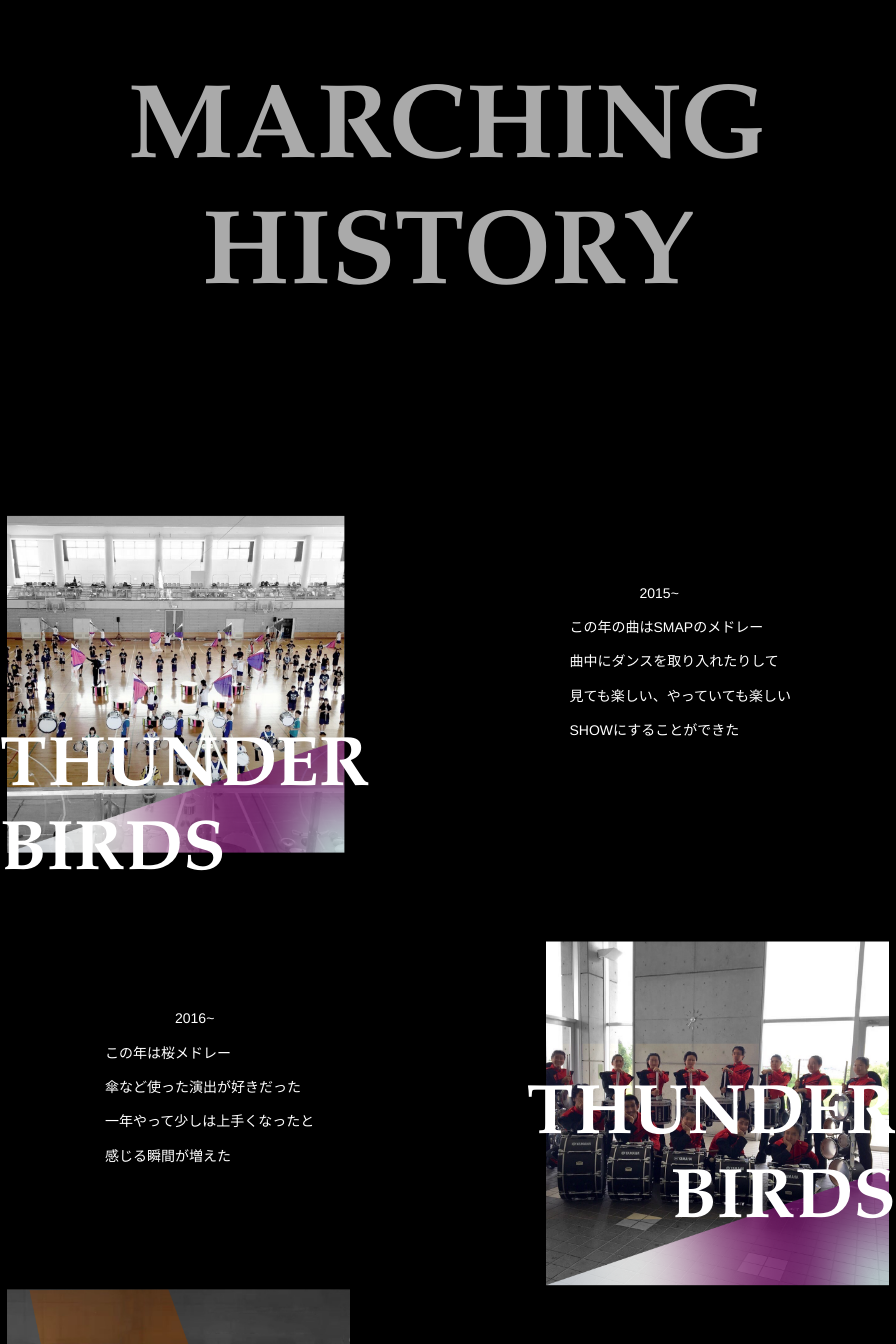
Repository: yutosoma/profile
Page: yuto/marching.html
The author's editor kept a record of every edit. The page is drawn from the files as they stood at one moment, then again after the next edit.
The browser window is 1280 px wide. The pictures show the part of the page from y = 0 to 1920 px (the page is 3827 px tall before and 3766 px after), at 70% of full size.

Above is the page before.

### yuto/marching.html
<!DOCTYPE html>
<html lang="en">
<head>
    <meta charset="UTF-8">
    <link rel="stylesheet" href="marching.css">
    <meta name="viewport" content="width=device-width, initial-scale=1.0">
    <meta http-equiv="X-UA-Compatible" content="ie=edge">
    <title>マーチング</title>
</head>

<body>
    <h1>MARCHING HISTORY</h1>
    <div class ="top-container-left">
         <P id="fadein1" class="fadein-before"><img src="image/mar1.png" class= "mar1"></P>
         <div class="explanation-left">
           <p>　　　　　2015~</p>
           <p>この年の曲はSMAPのメドレー</p>
           <P>曲中にダンスを取り入れたりして</P>
           <P>見ても楽しい、やっていても楽しい</P>
           <p>SHOWにすることができた</p>

         </div>
   </div>
   <button id="scroll-to-top-btn">≫</button>
   <h3 class="left">THUNDER<span class="br"></span> BIRDS</h3>
    <div class ="top-container-right">
         <div class="explanation-right">
          <P>　　　　　2016~</P>
          <P>この年は桜メドレー</P>
          <P>傘など使った演出が好きだった</P>
          <P>一年やって少しは上手くなったと</P>
          <p>感じる瞬間が増えた</p>
         </div>
         <P id="fadein2" class="fadein-before"><img src="image/mar2.png" class= "mar2"></P>
   </div>
   <h3 class="right">THUNDER<span class="br"></span> BIRDS</h3>
    <div class ="top-container-left">
         <P id="fadein3" class="fadein-before"><img src="image/mar3.png" class= "mar3"></P>
         <div class="explanation-left">
           <P>　　　　　2017~</P>
           <P>今年は吹奏楽の曲をアレンジして</P>
           <P>SHOWをした　曲は楓葉の舞</P>
           <P>練習する時はみんなで</P>
           <P>ハチマキをして気合を入れていた</P>
         </div>
   </div>
   <h3 class="left">THUNDER<span class="br"></span> BIRDS</h3>
    <div class ="top-container-right">
         <div class="explanation-right">
          <P>　　　　　2018~</P>
          <P>この年は教習所がテーマだった</P>
          <P>初めて一般団体で</P>
          <P>いろいろな人と練習ができて、楽しかった</P>
          <p>外で演奏する気持ちよさを知る</p>
         </div>
         <P id="fadein4" class="fadein-before"><img src="image/mar4.png" class= "mar4"></P>
    </div>
   <h3 class="right">SPIRIT<span class="br"></span>OF STARS</h3>

    <div class ="top-container-left">
         <P id="fadein5" class="fadein-before"><img src="image/mar5.png" class= "mar5"></P>
         <div class="explanation-left">
           <P>　　　　　2019~</P>
           <P>この年は学校がテーマだった</P>
           <P>日焼け止めを塗らずに</P>
           <P>練習をしていたので</P>
           <P>練習終わりはいつも真っ黒だった</P>
         </div>
   </div>
   <h3 class="left">SPIRIT<span class="br"></span> OF STAR</h3>
   <div class ="top-container-right">
         <div class="explanation-right">
          <P>　　　　　2020~</P>
          <P>この年は、戦がテーマだった</P>
          <P>栃木県まで練習しにいく</P>
          <P>初めて全国大会に出場することできて</P>
          <p>続けてよかったなと思った。</p>
         </div>
         <P id="fadein6" class="fadein-before"><img src="image/mar6.png" class= "mar6"></P>
    </div>
    <h3 class="right">SATUKI<span class="br"></span>　DREAMERS</h3>

    <script src="marching.js"></script>

   <footer>
        <small>ⓒ2022 yuto<small>
    </footer>

</body>
</html>

### yuto/marching.css
body{
 margin:0;
 background-color: black;
 font-family: 'Avenir','Helvetica Neue','Helvetica','Arial','Hiragino Sans','ヒラギノ角ゴシック',YuGothic,'Yu Gothic','メイリオ', Meiryo,'ＭＳ Ｐゴシック','MS PGothic'
}
.top-container-right {
display: flex;
margin-bottom: 200px;
text-align: right;
}
.top-container-left {
display: flex;
margin-bottom: 200px;
}
.mar1, .mar2, .mar3, .mar4, .mar5, .mar6 {
  padding: 10px;
  width: 50%;
}
.fadein-before{
    opacity: 0;
    transform:translateX(-50px);
    transition:opacity 1s,transform 1s;
}
.fadein-after{
    opacity: 1;
    transform: translate(0);
}
h1 {
    color: white;
    font-size: 190px;
    text-align: center;
    animation: blink-fast .3s linear infinite;
    font-family:"Book Antiqua";
    margin-bottom: 250px;
}
@keyframes blink-fast {
  0% {
    opacity: 0;
  }
  10% {
    opacity: 1;
  }
}


h3 {
  position: relative;
  bottom: 400px;
  font-size: 130px;
  text-align: center;
  margin-bottom: -200px;
  color: white;
  font-family:"Book Antiqua";
}
.explanation-left {
    color: white;
    position: relative;
    right:150px;
    top:100px;
    font-size: 20px;
    white-space: nowrap;

}
.explanation-right {
    color: white;
    position: relative;
    left:150px;
    top:100px;
    margin-bottom: 100px;
    font-size: 20px;
    white-space: nowrap;
    text-align: left;
}
footer {
    margin-top: 30px;
    background-color:#652a60;
    font-color: black;
    font-size: 20px;
    text-align: center;
}


@media screen and (max-width: 1327px) {
  h1 {
    color: white;
    font-size: 150px;
    text-align: center;
    animation: blink-fast .3s linear infinite;
    font-family:"Book Antiqua";
    margin-bottom: 250px;
}
  .left {
  position: relative;
  bottom: 530px;
  font-size: 100px;
  text-align: left;
  margin-bottom: -490px;
  color: white;
  font-family:"Book Antiqua";
}
.right {
  position: relative;
  bottom: 530px;
  font-size: 100px;
  text-align: right;
  margin-bottom: -490px;
  color: white;
  font-family:"Book Antiqua";
}
.br::after {
    content: "\A";
    white-space: pre;
}
}
@media screen and (max-width: 1090px) {
 .explanation-left {
    color: white;
    position: relative;
    right:50px;
    top:100px;
    margin-bottom: 100px;
    font-size: 20px;
    white-space: nowrap;

}
.explanation-right {
    color: white;
    position: relative;
    left:50px;
    top:100px;
    margin-bottom: 100px;
    font-size: 20px;
    white-space: nowrap;
    text-align: left;
}
 .left {
  position: relative;
  bottom: 530px;
  font-size: 100px;
  text-align: left;
  margin-bottom: -490px;
  color: white;
  font-family:"Book Antiqua";
}


}

### yuto/marching.js
const FADEIN_ELEM1 = document.getElementById('fadein1');

window.addEventListener('scroll', () => {
    const FADEIN_ELEM_TOP = FADEIN_ELEM1.getBoundingClientRect().top;
    const WINDOW_HEIGHT = window.innerHeight;
    if (WINDOW_HEIGHT > (FADEIN_ELEM_TOP + 200)) {
        FADEIN_ELEM1.classList.add('fadein-after');
    }else{
        FADEIN_ELEM1.classList.remove('fadein-after');
    }
});
/*---------------------------------------------------------*/
const FADEIN_ELEM2 = document.getElementById('fadein2');

window.addEventListener('scroll', () => {
    const FADEIN_ELEM_TOP = FADEIN_ELEM2.getBoundingClientRect().top;
    const WINDOW_HEIGHT = window.innerHeight;
    if (WINDOW_HEIGHT > (FADEIN_ELEM_TOP + 200)) {
        FADEIN_ELEM2.classList.add('fadein-after');
    }else{
        FADEIN_ELEM2.classList.remove('fadein-after');
    }
});
/*---------------------------------------------------------*/
const FADEIN_ELEM3 = document.getElementById('fadein3');

window.addEventListener('scroll', () => {
    const FADEIN_ELEM_TOP = FADEIN_ELEM3.getBoundingClientRect().top;
    const WINDOW_HEIGHT = window.innerHeight;
    if (WINDOW_HEIGHT > (FADEIN_ELEM_TOP + 200)) {
        FADEIN_ELEM3.classList.add('fadein-after');
    }else{
        FADEIN_ELEM3.classList.remove('fadein-after');
    }
});
/*---------------------------------------------------------*/
const FADEIN_ELEM4 = document.getElementById('fadein4');

window.addEventListener('scroll', () => {
    const FADEIN_ELEM_TOP = FADEIN_ELEM4.getBoundingClientRect().top;
    const WINDOW_HEIGHT = window.innerHeight;
    if (WINDOW_HEIGHT > (FADEIN_ELEM_TOP + 200)) {
        FADEIN_ELEM4.classList.add('fadein-after');
    }else{
        FADEIN_ELEM4.classList.remove('fadein-after');
    }
});
/*---------------------------------------------------------*/
const FADEIN_ELEM5 = document.getElementById('fadein5');

window.addEventListener('scroll', () => {
    const FADEIN_ELEM_TOP = FADEIN_ELEM5.getBoundingClientRect().top;
    const WINDOW_HEIGHT = window.innerHeight;
    if (WINDOW_HEIGHT > (FADEIN_ELEM_TOP + 200)) {
        FADEIN_ELEM5.classList.add('fadein-after');
    }else{
        FADEIN_ELEM5.classList.remove('fadein-after');
    }
});
/*---------------------------------------------------------*/
const FADEIN_ELEM6 = document.getElementById('fadein6');

window.addEventListener('scroll', () => {
    const FADEIN_ELEM_TOP = FADEIN_ELEM6.getBoundingClientRect().top;
    const WINDOW_HEIGHT = window.innerHeight;
    if (WINDOW_HEIGHT > (FADEIN_ELEM_TOP + 200)) {
        FADEIN_ELEM6.classList.add('fadein-after');
    }else{
        FADEIN_ELEM6.classList.remove('fadein-after');
    }
});
/*---------------------------------------------------------*/
const scroll_to_top_btn = document.querySelector('#scroll-to-top-btn');
scroll_to_top_btn.addEventListener( 'click' , scroll_to_top );

function scroll_to_top(){
	window.scroll({top: 0, behavior: 'smooth'});
};

window.addEventListener( 'scroll' , scroll_event );

function scroll_event(){

	if(window.pageYOffset > 400){
		scroll_to_top_btn.style.opacity = '1';
	}else	if(window.pageYOffset < 400){
		scroll_to_top_btn.style.opacity = '0';
	}

};

After the next edit:
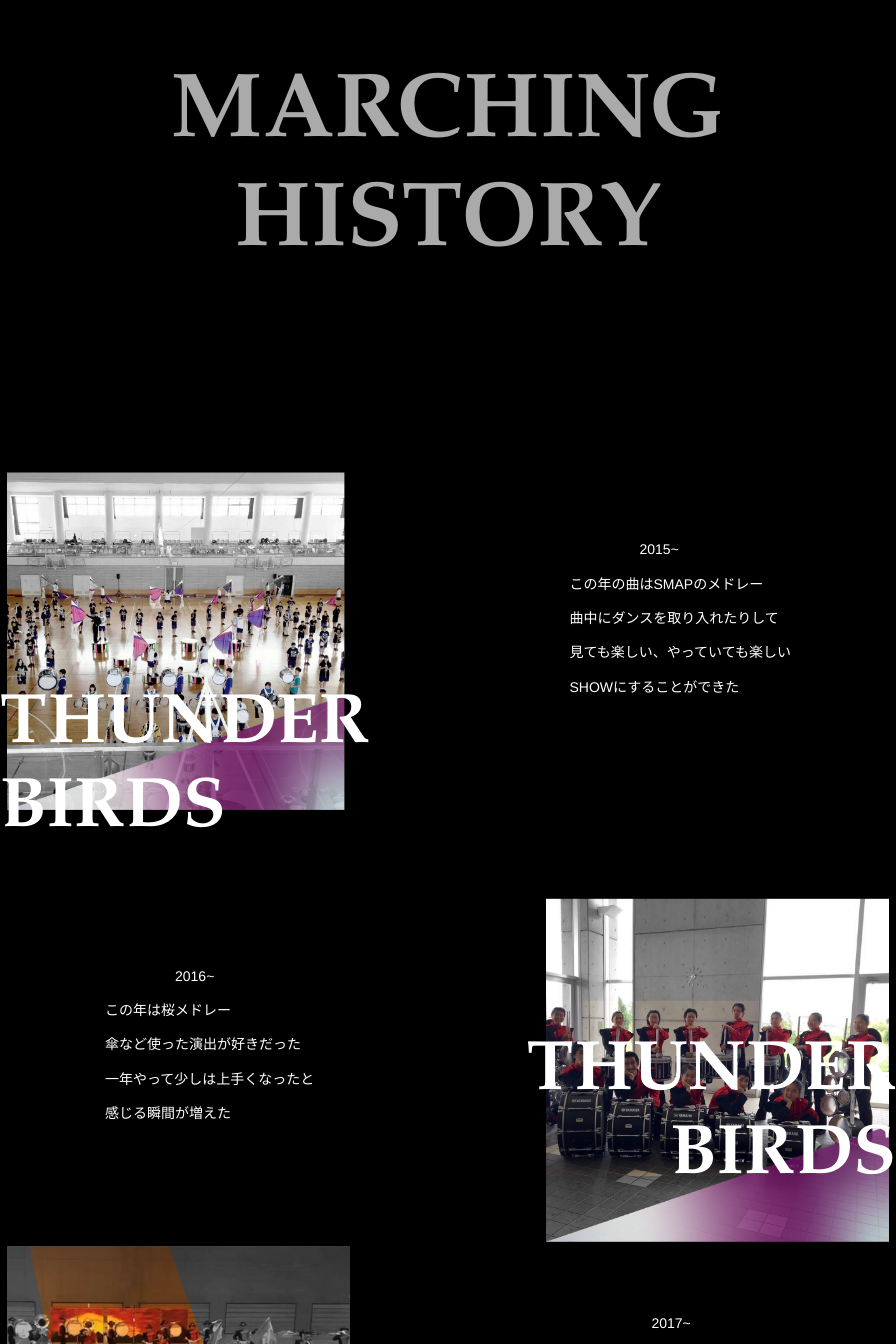
The edit:
--- a/yuto/marching.css
+++ b/yuto/marching.css
@@ -83,7 +83,7 @@
 @media screen and (max-width: 1327px) {
   h1 {
     color: white;
-    font-size: 150px;
+    font-size: 130px;
     text-align: center;
     animation: blink-fast .3s linear infinite;
     font-family:"Book Antiqua";
